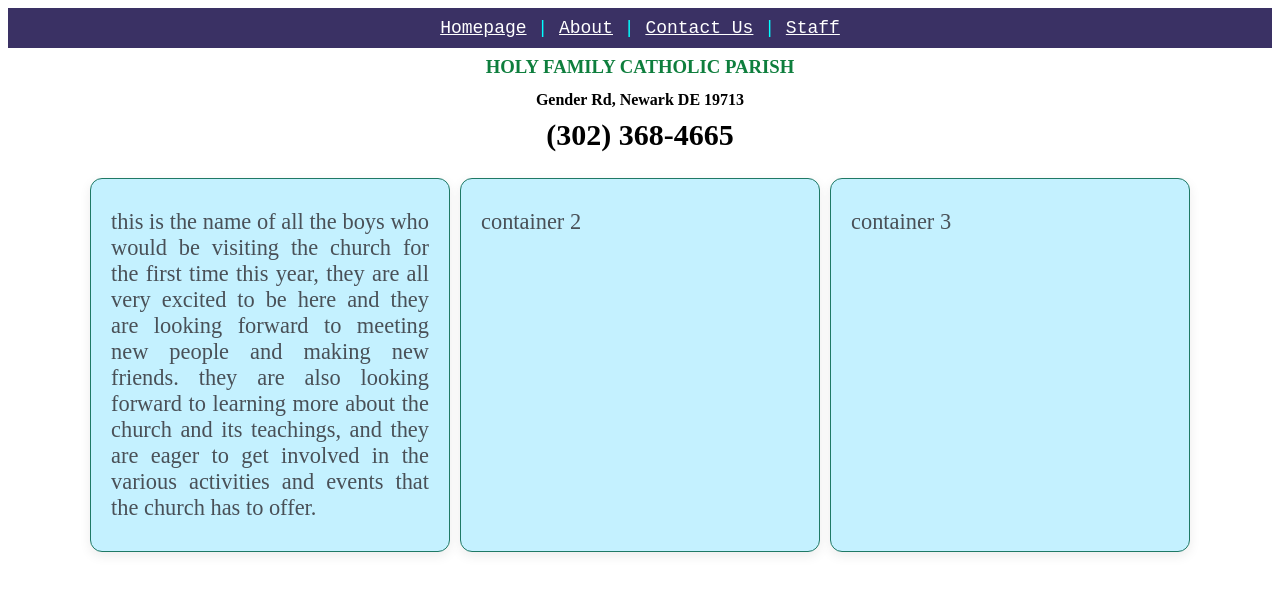
Repository: ficotims/HTML-RESTART
Page: Homepage.html
The author's editor kept a copy of each file at every save. The page is drawn from the files as they stood at one save, then again after the next save.
The browser window is 1280 px wide. The pictures show the whole page.

Above is the page before, as saved 2026-02-10 23:03:40.

After the next save:
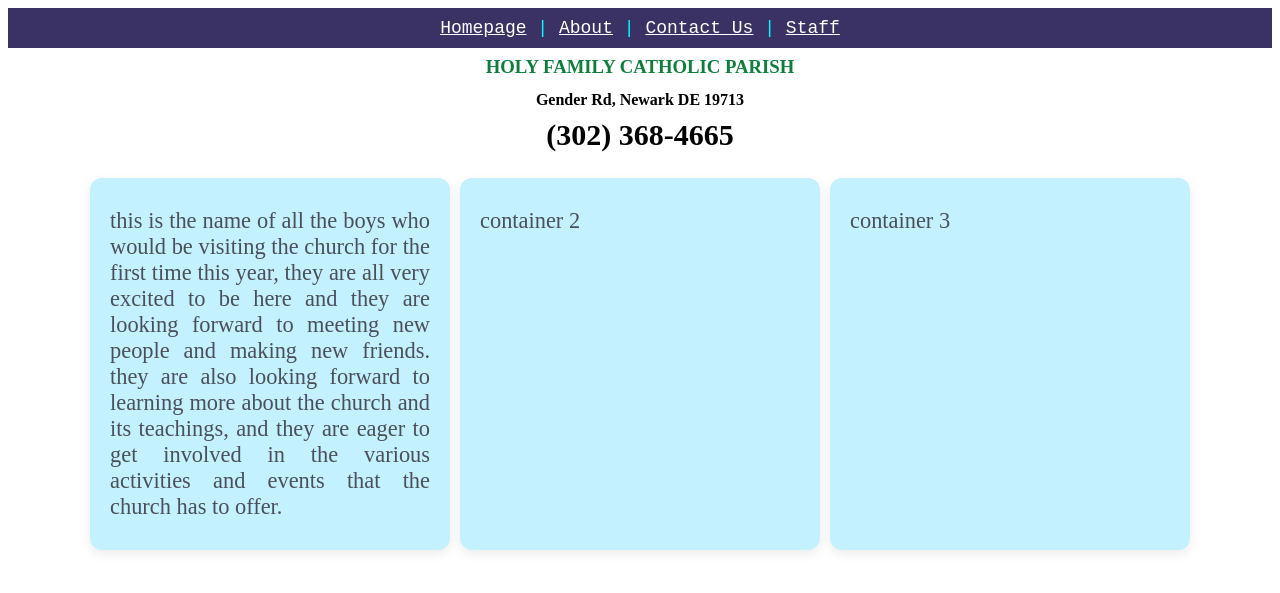
Saved 4 s later.
--- a/Style 1.css
+++ b/Style 1.css
@@ -16,7 +16,7 @@ margin: 50px;}
   flex: 1;             /* each box grows equally */
   min-width: 220px;    /* prevents them from becoming too narrow */
   background: #c4f1ff;
-  border: 0.5px solid #1f7965;
+  border: 0px solid #1f7965;
   border-radius: 12px;
   padding: 30px 20px;
   text-align: justify;
